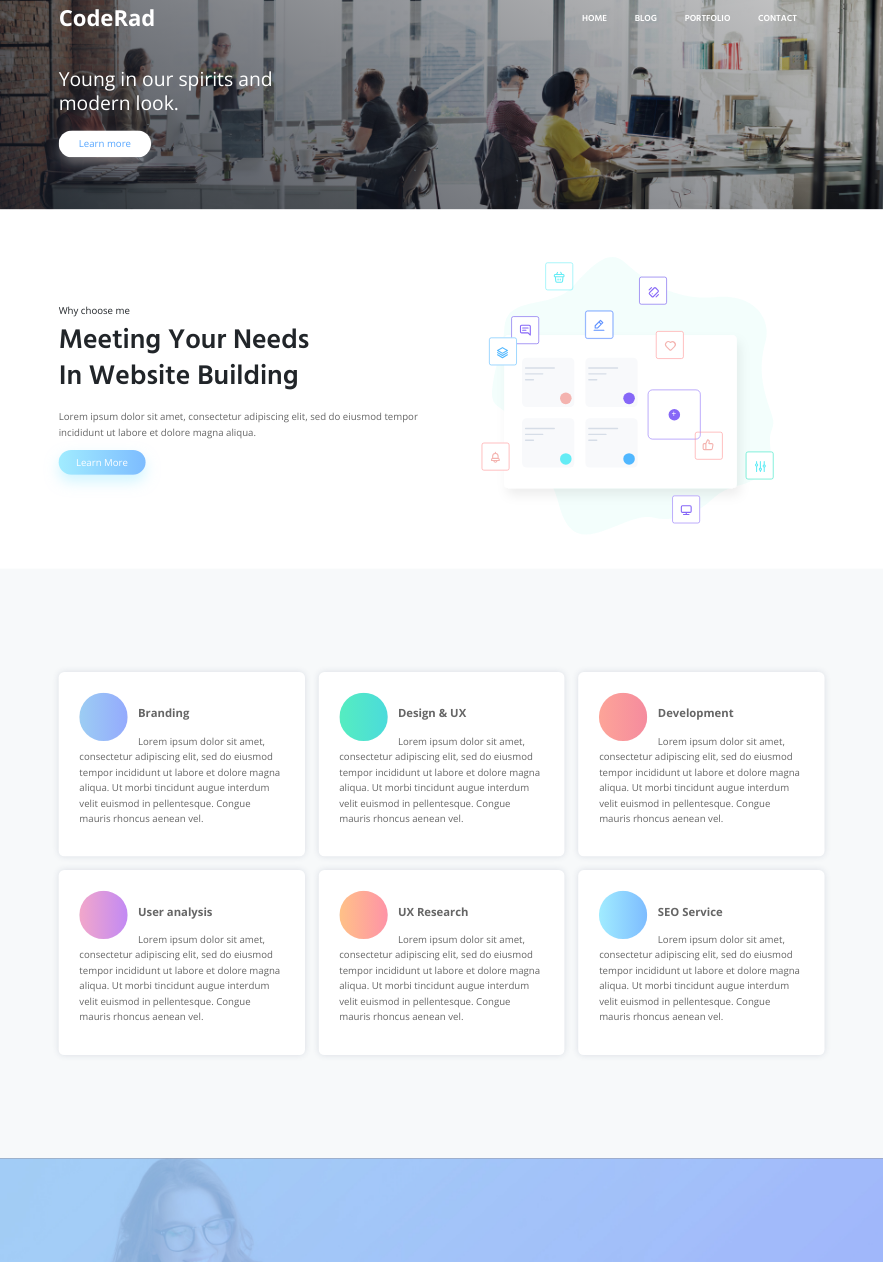
Repository: Sc-Juju/CodeRad
Page: index.html
The author's editor kept a copy of each file at every save. The page is drawn from the files as they stood at one save, then again after the next save.
The browser window is 1280 px wide. The pictures show the whole page, at 69% of full size.

Above is the page before, as saved 2022-11-10 14:26:37.

After the next save:
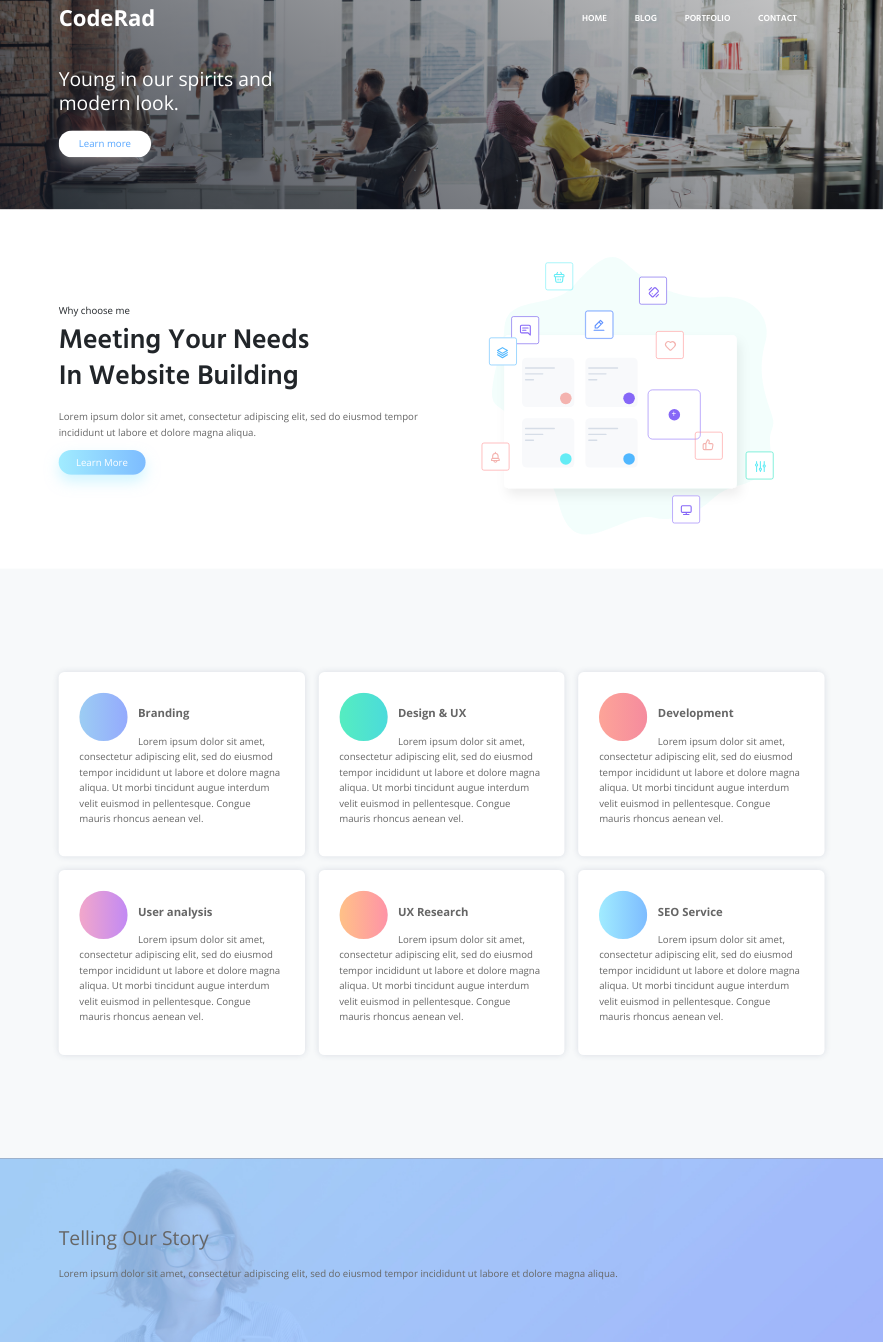
Saved 70 s later.
--- a/index.html
+++ b/index.html
@@ -166,6 +166,15 @@
 		</section>
 
 		<!--Video Demo-->
-		<section class="video-demo"></section>
+		<section class="video-demo">
+			<div class="container">
+				<h2>Telling Our Story</h2>
+				<p>
+					Lorem ipsum dolor sit amet, consectetur adipiscing elit, sed
+					do eiusmod tempor incididunt ut labore et dolore magna
+					aliqua.
+				</p>
+			</div>
+		</section>
 	</body>
 </html>
